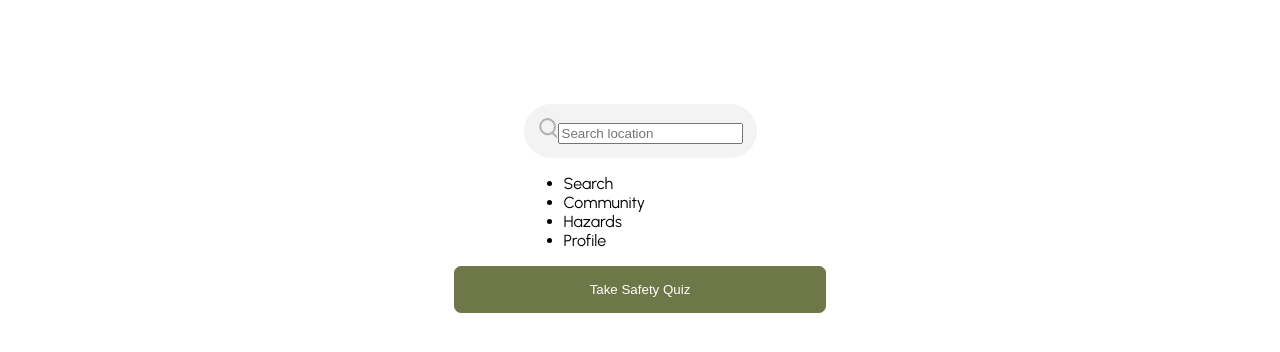
Repository: Aladdin3r/SafeCycle
Page: /
These files come from the project's save history. The page is drawn as it stood at one moment and after a run of saves; the edit follows.
The browser window is 1280 px wide. The pictures show the whole page.
The project was rebuilt for these pictures with package versions that can differ from the ones it lists, and the page was loaded fresh each time. The framework's server and built-in components were replaced by stand-ins that run in the browser.

Above is the page before, as saved 2024-04-15 10:51:48.

After the next 2 saves:
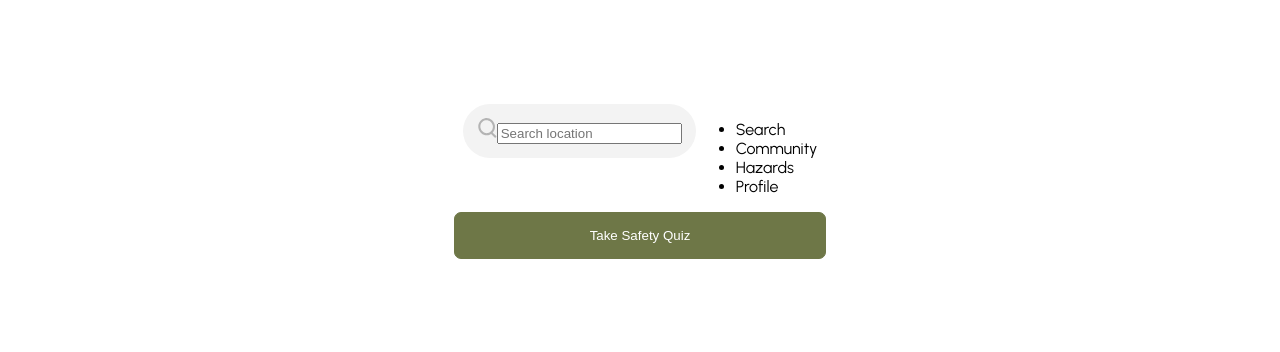
The 2 saves are shown as one change because they came seconds apart.
The last was saved 8 s later.
--- a/components/NavBar/NavBar.module.css
+++ b/components/NavBar/NavBar.module.css
@@ -10,4 +10,7 @@
     display: flex;
 }
 
-.
+.navigation {
+    display: flex;
+
+}
